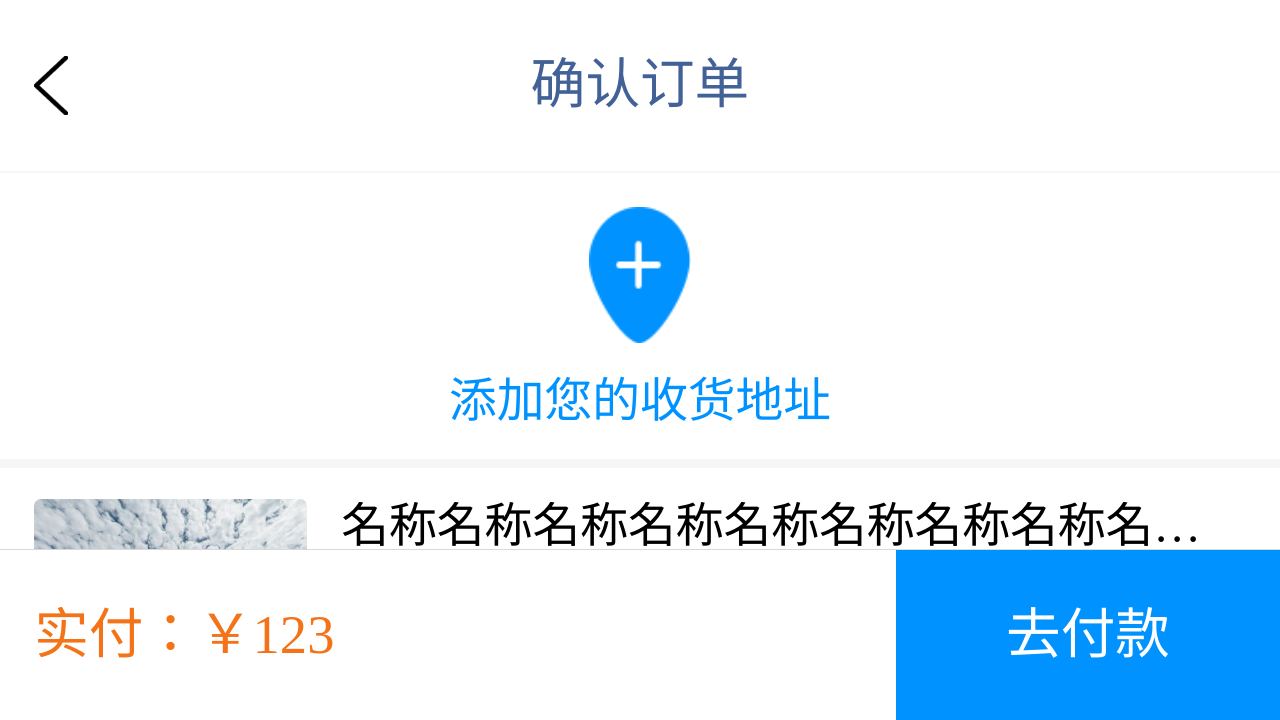
Repository: 421538074/sell
Page: consumer/confirm-order.html
These files come from the project's save history. The page is drawn as it stood at one moment and after the next save; the edit follows.
The browser window is 1280 px wide. The pictures show the whole page.
An inner scrolling area shows only its first screen.

Above is the page before, as saved 2019-06-03 17:58:03.

### consumer/confirm-order.html
<!DOCTYPE html>
<html lang="en">

<head>
    <meta charset="UTF-8">
    <meta name="viewport" content="width=device-width, initial-scale=1.0">
    <meta http-equiv="X-UA-Compatible" content="ie=edge">
    <title>确认订单</title>
    <link rel="stylesheet" href="../css/base.css">
    <link rel="stylesheet" href="css/common.css">
    <link rel="stylesheet" href="css/confirm-order.css">
</head>

<body>
    <div id="app" class="content">
        <nav class="nav-bar-wrapper">
            <img @click="back" src="../img/back.png" class="back-icon">
            <p class="nav-bar-title">确认订单</p>
        </nav>
        <div @click="linkTo('address-list.html')" v-if="!noAddress" class="order-user-info">
            <p class="user-contact">
                你好蔡啊 13852512154
            </p>
            <p class="address-detail">
                详细地址
            </p>
        </div>
        <div @click="linkTo('manage-address.html?type=add')" v-else class="no-address-wrapper">
            <img src="../img/address.png" class="address-icon">
            <p class="add-address-title">添加您的收货地址</p>
        </div>
        <ul class="order-goods-list-wrapper">
            <li v-for="n in 13" class="order-item">
                <img src="../img/1.jpg" class="goods-icon">
                <div class="goods-detail">
                    <p class="goods-title ellipsis">名称名称名称名称名称名称名称名称名称名称名称名称名称名称名称名称</p>
                    <p class="goods-category">规格：二级</p>
                    <p class="goods-price-num">
                        <span class="price">￥123</span>
                        <span class="post">包邮</span>
                        <span class="num">× 1</span>
                    </p>
                </div>
            </li>
        </ul>
        <div class="post-comments-refund">
            <p class="post">快递：免邮</p>
            <textarea class="comments" placeholder="留言（选填）："></textarea>
            <p class="refund">
                退款方式：微信退款（15天内可退货退款）
            </p>
        </div>
        <div class="go-pay-operation">
            <p class="show-pay-money">
                实付：￥123
            </p>
            <a @click="linkTo('pay-way.html')" href="javascript:;" class="go-pay-btn">去付款</a>
        </div>
    </div>
    <script src="../js/api.js"></script>
    <script src="../js/jquery.min.js"></script>
    <script src="../js/vue.js"></script>
    <script src="js/vue-mixin.js"></script>
    <script src="js/confirm-order.js"></script>
</body>

</html>

### css/base.css
/* http://meyerweb.com/eric/tools/css/reset/
   v2.0 | 20110126
   License: none (public domain)
*/

html,
body,
div,
span,
applet,
object,
iframe,
h1,
h2,
h3,
h4,
h5,
h6,
p,
blockquote,
pre,
a,
abbr,
acronym,
address,
big,
cite,
code,
del,
dfn,
em,
img,
ins,
kbd,
q,
s,
samp,
small,
strike,
strong,
sub,
sup,
tt,
var,
b,
u,
i,
center,
dl,
dt,
dd,
ol,
ul,
li,
fieldset,
form,
label,
legend,
table,
caption,
tbody,
tfoot,
thead,
tr,
th,
td,
article,
aside,
canvas,
details,
embed,
figure,
figcaption,
footer,
header,
hgroup,
menu,
nav,
output,
ruby,
section,
summary,
time,
mark,
audio,
video {
    margin: 0;
    padding: 0;
    border: 0;
    font-size: 100%;
    font: inherit;
    vertical-align: baseline;
}

/* HTML5 display-role reset for older browsers */
article,
aside,
details,
figcaption,
figure,
footer,
header,
hgroup,
menu,
nav,
section {
    display: block;
}

body {
    line-height: 1;
}

ol,
ul {
    list-style: none;
}

blockquote,
q {
    quotes: none;
}

blockquote:before,
blockquote:after,
q:before,
q:after {
    content: '';
    content: none;
}

table {
    border-collapse: collapse;
    border-spacing: 0;
}


body,
html {
    font-size: calc(100vw / 37.5) !important;
    font-family: PingFangSC-Medium;
    background: #F2F2F2;
}


[v-cloak] {
    display: none;
}


hr {
    margin: 0;
    padding: 0;
}

.clearfix {
    zoom: 1;
}

.clearfix:after {
    content: ".";
    display: block;
    visibility: hidden;
    height: 0;
    clear: both;
}

[v-cloak] {
    display: none;
}

### consumer/css/common.css
*{
    box-sizing: border-box;
}
html,body{
    background: #f6f6f6;
}
html,body,div.content{
    height: 100%;
}
/*底部菜单栏*/
nav.tool-bar-wrapper {
    height: 5rem;
    background: #ffffff;
    display: flex;
    align-items: center;
    justify-content: space-around;
}
a.nav-item {
    color: #888888;
    text-decoration: none;
    font-size: 1.5rem;
    display: flex;
    flex-direction: column;
    align-items: center;
    justify-content: space-around;
    height: 90%;
}
a.nav-item.active{
    color: #0093FF;
}
img.nav-item-icon{
    width: 1.5rem;
    height: 1.5rem;
}
.ellipsis{
    overflow: hidden;
    white-space: nowrap;
    text-overflow: ellipsis;
}
/*顶部返回栏 */
nav.nav-bar-wrapper {
    background: #FFFFFF;
    height: 5rem;
    display: flex;
    align-items: center;
    justify-content: space-around;
    position: fixed;
    width: 100%;
    top: 0;
    z-index: 2;
    font-size: 1.6rem;
    color: #426196;
}
img.back-icon {
    position: absolute;
    width: 1rem;
    left: 1rem;
}

### consumer/css/confirm-order.css
div.content{
    padding:5rem 0;
    overflow: scroll;
}
.order-user-info {
    height: 6rem;
    background: #FFFFFF;
    border-top: 2px solid #f6f6f6;
    padding: 1rem;
    display: flex;
    justify-content: center;
    flex-direction: column;
    background-image: url(../../img/arrow-right.png);
    background-repeat: no-repeat;
    background-position: 98% center;
    background-size: 1rem;
}
p.user-contact {
    color: #3E3E3E;
    font-size: 1.4rem;
}
p.user-contact,p.address-detail {
    margin: 0.5rem 0;
}
p.address-detail {
    color: #A6A6A6;
    font-size: 1.2rem;
}
ul.order-goods-list-wrapper {
    margin-top: 0.1rem;
    background: #FFFFFF;
    border-top: 5px solid #f6f6f6;
}
img.goods-icon {
    width: 8rem;
    height: 8rem;
    border-radius: 0.2rem;
}
li.order-item {
    height: 10rem;
    display: flex;
    align-items: center;
    padding: 1rem;
    border-bottom: 5px solid #f6f6f6;
}
.goods-detail {
    height: 100%;
    flex: 1;
    width: calc(100% - 8rem);
    padding-left: 1rem;
    position: relative;
}
p.goods-title {
    color: #000000;
    font-size: 1.4rem;
    margin-bottom: 1rem;
}
p.goods-category {
    color: #A6A6A6;
    font-size: 1.2rem;
    margin-bottom: 1rem;
}
p.goods-price-num {
    position: absolute;
    bottom: 0;
    left: 1rem;
    width: calc(100% - 1rem);
}
span.price {
    color: #5A6F93;
    font-size: 1.6rem;
}
span.post {
    color: #A6A6A6;
    font-size: 1.2rem;
    margin-left: 1rem;
}
span.num {
    position: absolute;
    color: #A6A6A6;
    font-size: 1.2rem;
    bottom: 0;
    right: 0;
}
.go-pay-operation {
    border-top: 1px solid #D8D8D8;
    position: fixed;
    bottom: 0;
    width: 100%;
    height: 5rem;
    display: flex;
    align-items: center;
    justify-content: space-between;
    background: #ffffff;
    font-size: 1.6rem;
}
p.show-pay-money {
    color: #F47319;
}
p.show-pay-money {
    color: #F47319;
    padding-left: 1rem;
    flex: 1;
    height: 100%;
    line-height: 5rem;
}
a.go-pay-btn {
    text-decoration: none;
    height: 100%;
    line-height: 5rem;
    width: 30%;
    text-align: center;
    background: #0093FF;
    color: #FFFFFF;
}
.post-comments-refund {
    background: #FFFFFF;
}
p.post {
    color: #3E3E3E;
    font-size: 1.4rem;
    padding: 1rem;
    border-bottom: 1px solid #f6f6f6;
}
textarea.comments {
    width: 100%;
    height: 8rem;
    border: none;
    resize: none;
    padding: 1rem;
    font-size: 1.4rem;
    color: #3E3E3E;
}
textarea.comments::-webkit-input-placeholder {
    color: #A6A6A6;
}
p.refund {
    color: #3E3E3E;
    padding: 1rem;
    font-size: 1.4rem;
    border-top: 1px solid #f6f6f6;
}
.no-address-wrapper {
    background: #FFFFFF;
    border-top: 2px solid #f6f6f6;
    display: flex;
    align-items: center;
    justify-content: center;
    flex-direction: column;
}
img.address-icon {
    width: 3rem;
    height: auto;
    margin-top: 1rem;
}
p.add-address-title {
    color: #0093FF;
    font-size: 1.4rem;
    margin: 1rem;
}

### js/api.js
function getUrlKey(name) {
    return decodeURIComponent((new RegExp('[?|&]' + name + '=' + '([^&;]+?)(&|#|;|$)').exec(location.href) || [, ""])[1].replace(/\+/g, '%20')) || null;
}


// window.warn = {
//     alert: function alert(msg) {
//         var template = `
// `
//         $('body').append(template);
//         $('.alert-body').animate({
//             top: "40px"
//         }, 200);
//         // setTimeout(function () {
//         //     warn.close();
//         // }, 1500);
//     },
//     close: function close() {
//         $('.alert-body').animate({
//             top: "-280px"
//         }, 200);
//         setTimeout(function () {
//             $('#alert-msg').remove();
//         }, 200);
//     }
// };

### consumer/js/vue-mixin.js
Vue.mixin({
    methods: {
        /**
         * 返回
         */
        back() {
            history.go(-1);
        },
        /**
         * 限制长度
         * @param {String} 要限制长度的字段
         * @param {Number} 长度
         */
        limitLength(key, length) {
            this[key] = this[key].substring(0, length);
        },
        /**
         * 验证11位手机号
         * @param {Number} phone
         */
        validatePhone(phone) {
            const phoneReg = /^[1-9][0-9]{9}[0-9]$/;
            return phoneReg.test(phone);
        },
        /**
         * 发送手机验证码
         * @param {Number} waitTimeKey 等待时间键名
         * @param {String} tipsKey 发送验证码显示的信息的键名
         * @param {String} phoneKey 手机号键名
         * @param {String} reSendMsg  按钮默认显示的文字
         */
        sendCode(waitTimeKey, tipsKey, phoneKey, defaultMsg) {
            if (!this.validatePhone(this[phoneKey])) {
                alert('无效手机号!');
                return;
            }
            if (this[waitTimeKey] == 60) {
                $.post('', {
                        phone: this[phoneKey]
                    }, (res) => {
                        if (res.status == 1) {
                            const interval = setInterval(() => {
                                if (this[waitTimeKey] == 1) {
                                    this[waitTimeKey] = 60;
                                    this[tipsKey] = defaultMsg;
                                    clearInterval(interval);
                                    return;
                                }
                                this[waitTimeKey] -= 1;
                                this[tipsKey] = `${this[waitTimeKey]}s`;
                            }, 1000);
                        } else {
                            alert('发送失败!');
                        }
                    }, 'json')
                    .fail(err => {
                        alert('服务器异常!');
                    });
            }
        },
        /**
         * 链接跳转
         * @param {String} url
         */
        linkTo(url) {
            window.location.href = url;
        },
        /**
         * 获得URL参数
         */
        getParams() {
            var list = location.search.substring(1).split('&');
            var param = {};
            list.forEach(function (value) {
                var temp = value.split('=');
                param[temp[0]] = temp[1];
            });
            return param;
        }
    },
    filters: {

    }
})

### consumer/js/confirm-order.js
new Vue({
    el:'#app',
    data() {
        return {
            noAddress:true
        }
    },
});

Loaded but not shown: js/jquery.min.js (library); js/vue.js (library)

After the next save:
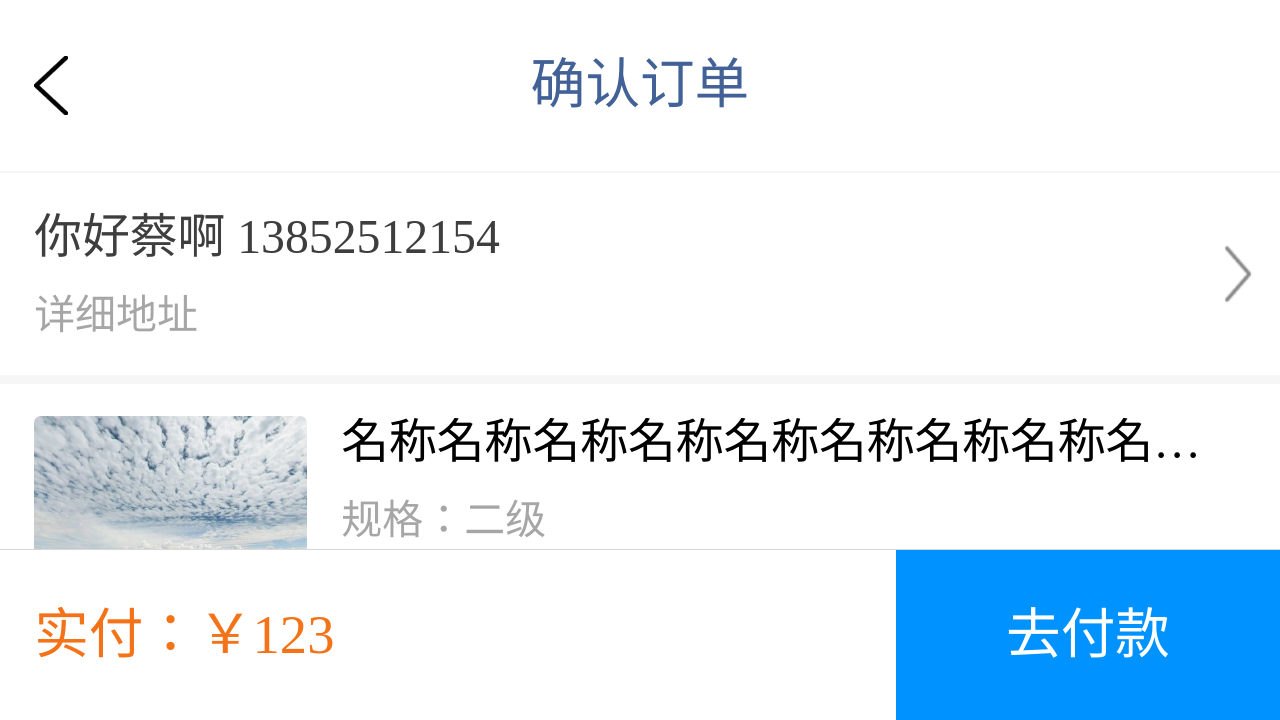
Saved 30 s later.
--- a/consumer/js/confirm-order.js
+++ b/consumer/js/confirm-order.js
@@ -2,7 +2,7 @@ new Vue({
     el:'#app',
     data() {
         return {
-            noAddress:true
+            noAddress:false
         }
     },
 });
